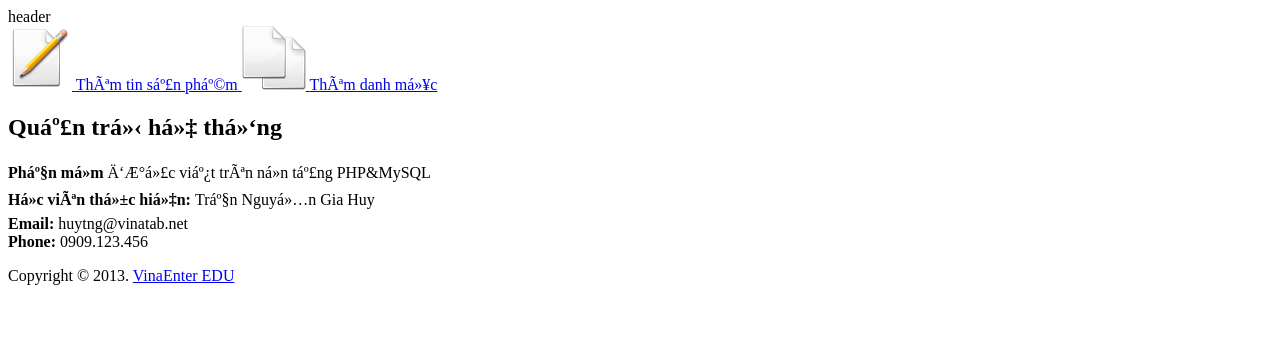
Repository: leducnam1805/JSP-SERVLET
Page: http://localhost/baiTap1/views/BT2/index.jsp
An editor plug-in stored every save of this project. The page is shown before and after the next save, followed by the edit.
The browser window is 1280 px wide. The pictures show the whole page.
The page is served by Tomcat 9.

Above is the page before, as saved 2020-06-24 03:05:12.

After the next save:
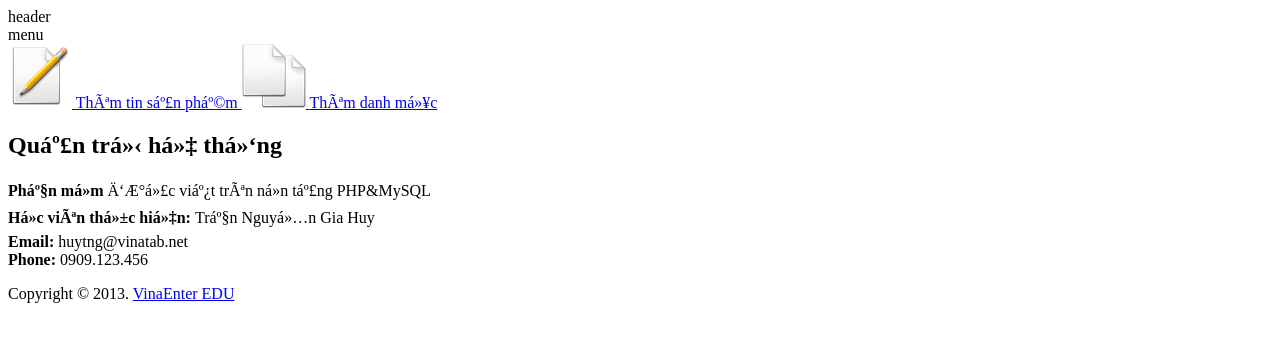
Saved 4 s later.
--- a/loiGiai/baiTap1/WebContent/views/BT2/index.jsp
+++ b/loiGiai/baiTap1/WebContent/views/BT2/index.jsp
@@ -1,7 +1,7 @@
 header
             <!-- Sub navigation -->
             <div id="subnav">
-
+                menu
                 <div style="clear: both;"></div>
             </div> <!-- End #subnav -->
         </div> <!-- End #header -->
